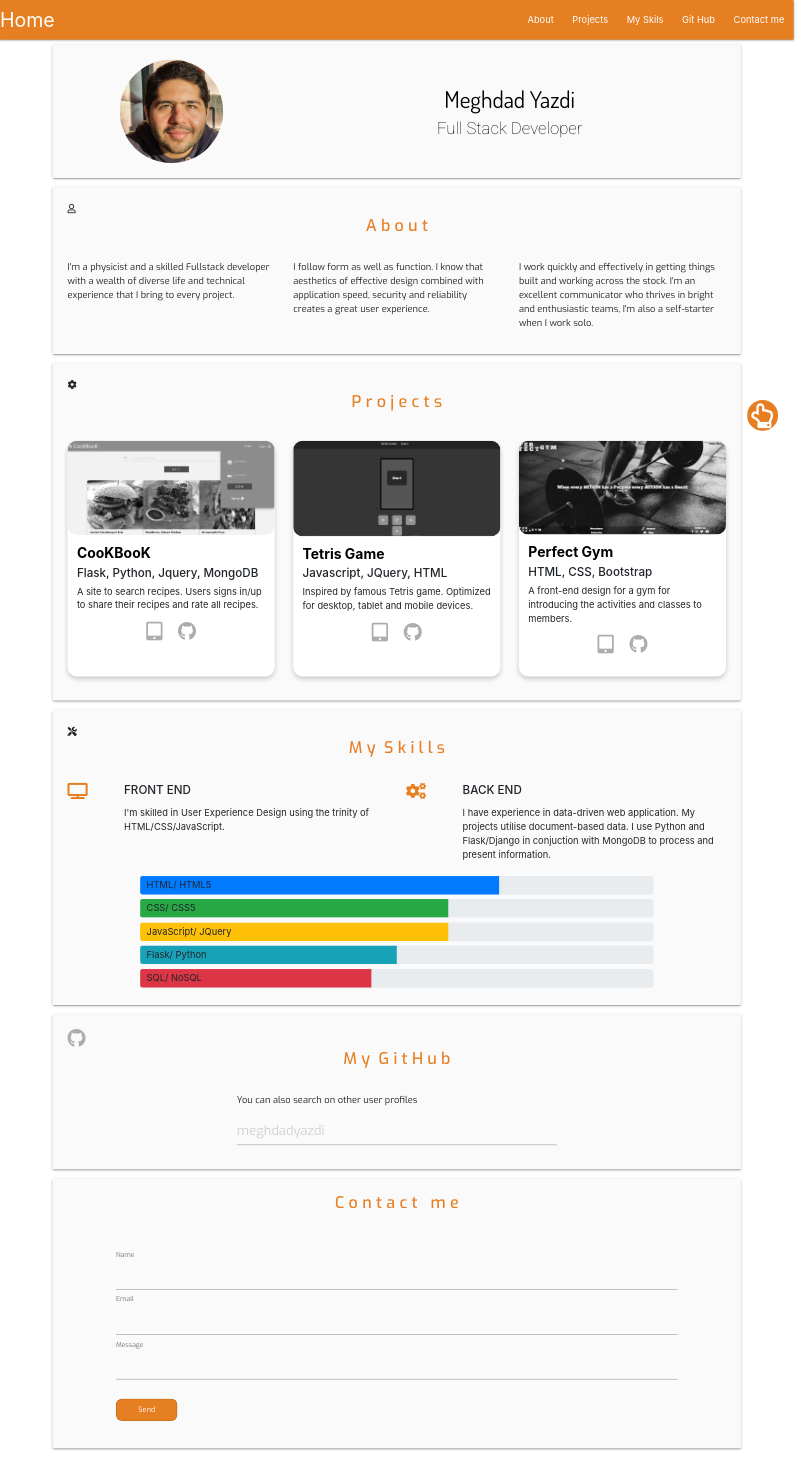
Repository: meghdadyazdi/SD_Res
Page: index.html
The author's editor kept a record of every edit. The page is drawn from the files as they stood at one moment, then again after the next edit.
The browser window is 1280 px wide. The page is 1295 px wide, so the pictures cover 1295 px, including what lies to the right of the window. The pictures show the whole page, at 62% of full size.
Some web libraries are served in a nearby version.

Above is the page before.
Console error: ReferenceError: $ is not defined

After the next edit:
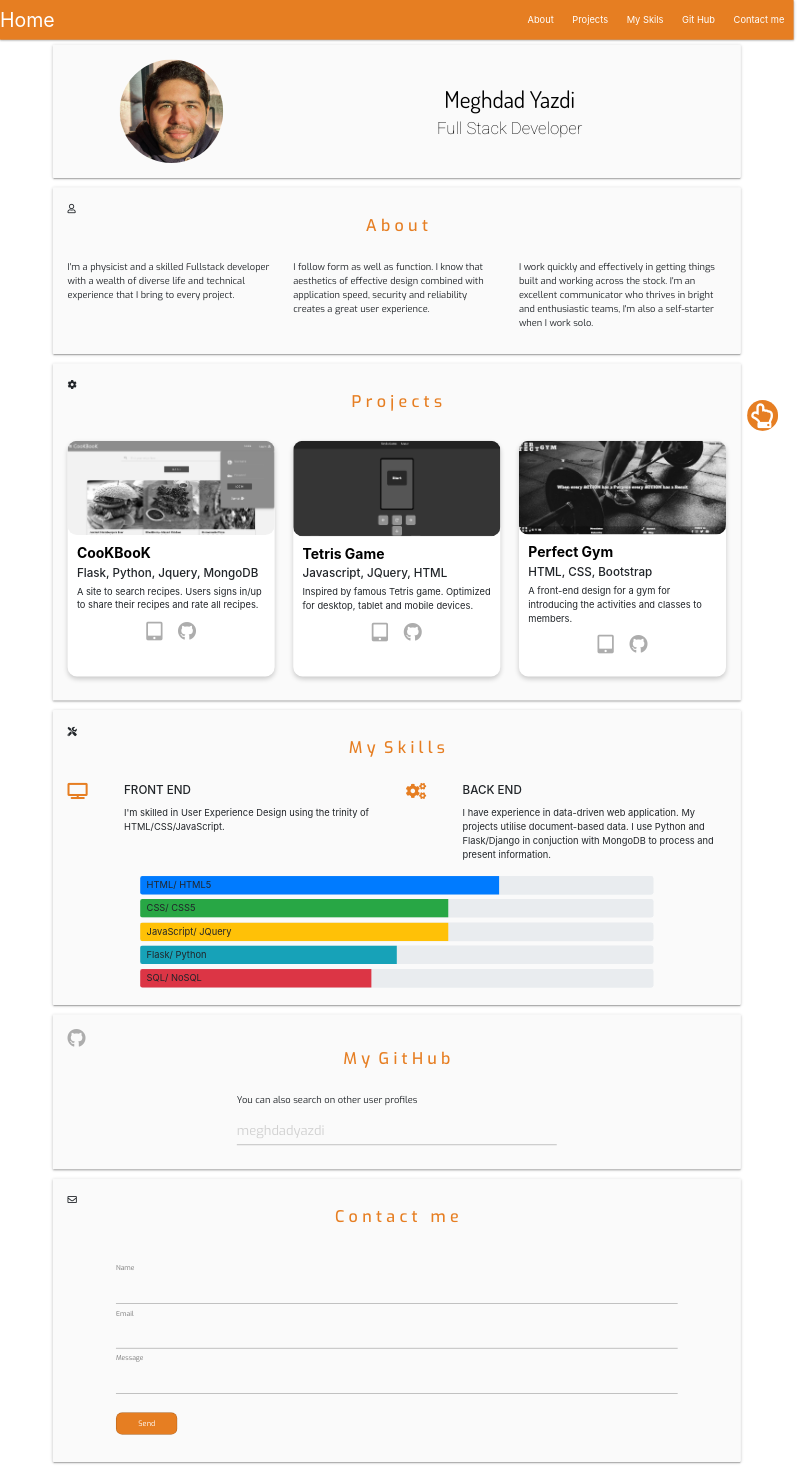
The edit:
--- a/index.html
+++ b/index.html
@@ -263,7 +263,7 @@
 
   <section class="container">
     <div class="card-panel grey lighten-5 z-depth-1">
-
+      <div><i class="far fa-envelope icons"></i></i></div>
       <div class="col-sm-12 text-font">
           <h3 id="contact" class="three-reasons-icon">C o n t a c t &nbsp m e</h3>
         </div>
